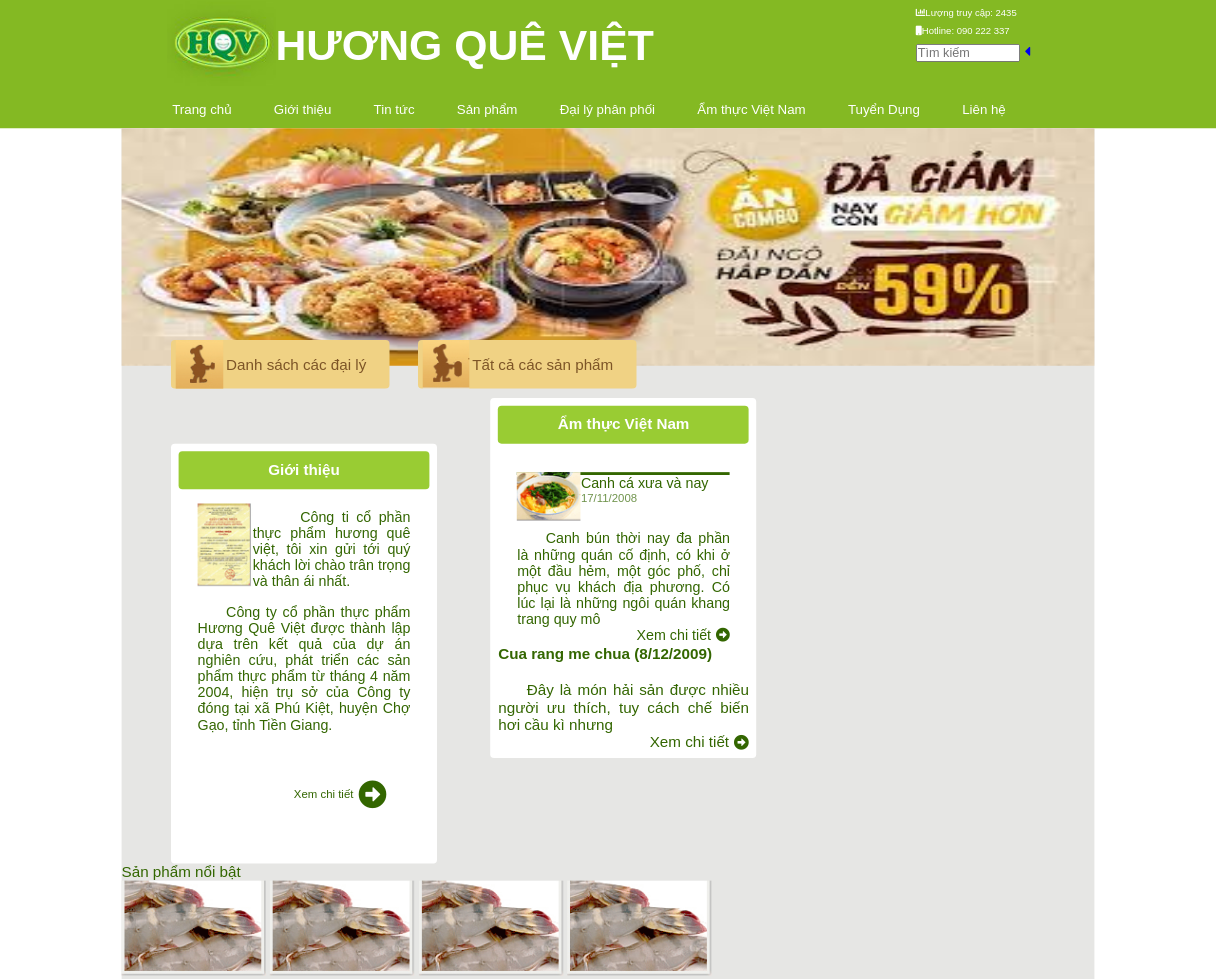
Repository: NgocTruong0701/Self_Learning
Page: html/practice/Baitapweb/index.html
The author's editor kept a copy of each file at every save. The page is drawn from the files as they stood at one save, then again after the next save.
The browser window is 1280 px wide. The pictures show the whole page, at 95% of full size.

Above is the page before, as saved 2021-10-06 21:51:33.

### html/practice/Baitapweb/index.html
<!DOCTYPE html>
<html>
    <head>
        <title>Web Bài 4</title>
        <meta charset="UTF-8">
        <meta name="author" content="Lê Ngọc Trường">
        <link rel="stylesheet" type="text/css" href="./assets/css/styles.css">
        <link rel="stylesheet" href="./assets/font/fontawesome-free-5.15.4-web/css/all.css">
    </head>

    <body>
        <!-- Begin Header -->
        <header>
            <!-- Banner -->
            <div id="banner">
                <!-- Khối bên trái -->
                <div class="box-left">
                    <!-- logo -->
                    <div class="logo">
                        <img src="./assets/pictures/logo/logo.jpg" alt="logo">
                    </div>

                    <!-- tiêu đề -->
                    <div class="header-heading">
                        hương quê việt
                    </div>
                </div>

                <!-- khối bên phải -->
                <div class="box-right">
                    <div class="thongtin">
                        <div class="ltruycap">
                            <i class="fas fa-chart-bar"></i>
                            <p>Lượng truy cập: 2435</p>
                        </div>

                        <div class="ltruycap">
                            <i class="fas fa-mobile"></i>
                            <p>Hotline: 090 222 337</p>
                        </div>
                    </div>

                    <div class="search">
                        <form action="url" method="GET" >
                            <input type="text" placeholder="Tìm kiếm" class="onhap">
                            <a href="#">
                                <i class="fas fa-caret-left"></i>
                            </a>
                        </form>
                    </div>
                </div>
            </div>

            <!-- menu header -->
            <div class="menu-header">
                <ul class="menu-tren">
                    <li><a href="#">Trang chủ</a></li>
                    <li><a href="#">Giới thiệu</a></li>
                    <li><a href="#">Tin tức</a></li>
                    <li><a href="#">Sản phẩm</a></li>
                    <li><a href="#">Đại lý phân phối</a></li>
                    <li><a href="#">Ẩm thực Việt Nam</a></li>
                    <li><a href="#">Tuyển Dụng</a></li>
                    <li><a href="#">Liên hệ</a></li>
                </ul>
            </div>

        </header>
        <!-- End Header -->

        <!-- Begin Body -->
        <div id="container">
            <div class="box-up">
                <div class="body-banner">
                    <img src="./assets/pictures/banner/banner.jpg" alt="body-banner">
                </div>

                <div class="box-list-title">
                    <div class="body-title">
                        <img src="./assets/pictures/product/BT1_03.gif" alt="daily">

                        <p class="body-list">
                            Danh sách các đại lý
                        </p>
                    </div>

                    <div class="body-title">
                        <img src="./assets/pictures/product/BT1_05.gif" alt="daily">

                        <p class="body-list">
                            Tất cả các sản phẩm
                        </p>
                    </div>
                </div>
            </div>


            <div class="box-down">
                <div class="introduce">
                    <p class="title-introduce">Giới thiệu</p>

                    <div class="box-introduce-first">
                        <img src="./assets/pictures/product/BT1_10.gif" alt="chứng nhận" class="image-box-left">

                        <p class="line-first">Công ti cổ phần thực phẩm hương quê việt, tôi xin gửi tới quý khách lời chào trân trọng và thân ái nhất.</p>

                        <p class="line-second">
                            Công ty cổ phần thực phẩm Hương Quê Việt được thành lập dựa trên kết quả của dự án nghiên cứu, phát triển các sản phẩm thực phẩm từ tháng 4 năm 2004, hiện trụ sở của Công ty đóng tại xã Phú Kiệt, huyện Chợ Gạo, tỉnh Tiền Giang.
                        </p>
                    </div>

                    <div class="more">
                        <p class="text-more">Xem chi tiết</p>

                        <i class="fas fa-arrow-alt-circle-right first-icon"></i>
                    </div>
                </div>

                <div class="review">
                    <p class="title-introduce">Ẩm thực Việt Nam</p>

                    <div class="box-review-first">
                        <img src="./assets/pictures/product/BT1_13.gif" alt="chứng nhận" class="image-box-left">

                        <div class="reviewer">
                            <p class="heading-up-review">Canh cá xưa và nay</p>

                            <p class="time">17/11/2008</p>
                        </div>


                        <p class="line-second">
                            Canh bún thời nay đa phần là những quán cố định, có khi ở một đầu hẻm, một góc phố, chỉ phục vụ khách địa phương. Có lúc lại là những ngôi quán khang trang quy mô
                        </p>
                        <div class="more-second">
                            <p class="text-more">Xem chi tiết</p>

                            <i class="fas fa-arrow-alt-circle-right second-icon"></i>
                        </div>
                    </div>

                    <div class="box-introduce-second">
                        <p class="heading-up">Cua rang me chua <span>(8/12/2009)</span></p>

                        <p class="line-second">
                            Đây là món hải sản được nhiều người ưu thích, tuy cách chế biến hơi cầu kì nhưng
                        </p>

                        <div class="more-second">
                            <p class="text-more">Xem chi tiết</p>

                            <i class="fas fa-arrow-alt-circle-right second-icon"></i>
                        </div>
                    </div>

                </div>



                <div class="list-introduce">
                    <p class="heading-list-introduce">
                        Sản phẩm nổi bật
                    </p>

                    <div class="picture-introduce">
                        <img src="./assets/pictures/product/BT1_16.gif" alt="one" class="img-introduce">
                        <img src="./assets/pictures/product/BT1_16.gif" alt="one" class="img-introduce">
                        <img src="./assets/pictures/product/BT1_16.gif" alt="one" class="img-introduce">
                        <img src="./assets/pictures/product/BT1_16.gif" alt="one" class="img-introduce">
                    </div>
                </div>
            </div>
        </div>
        <!-- End Body -->

        <!-- Begin Footer -->
        <footer>

        </footer>
        <!-- End Footer -->
    </body>
</html>

### html/practice/Baitapweb/assets/css/styles.css
/* RESET CSS */
*{
    padding:0;
    margin: 0;
    box-sizing:border-box;
}

html{
    font-family: Arial, Helvetica, sans-serif;
    color:#fff;
}
/* Begin Header */
header{
    background-color: rgb(132, 185, 35);
    text-align: center;
    width: 100%;
    height: 135px;
}

#banner{
    width: 100%;
    height: 95px;
    display: flex;
    justify-content: space-evenly
}



.header-heading{
    text-transform: uppercase;
    padding-right:100px;
    font-size: 45px;
    font-weight: 700;
}

header .box-left{
    display: flex;
    align-items: center;
}

header .box-right{
    display: inline-block;
    height: 95px;
    position: relative;
    width: 140px;
}

.menu-header{
    height: 40px;
}

.ltruycap{
    display: flex;
    margin: 8px 0;
}

.search{
    position: absolute;
    left:0;

}

.thongtin{
    font-size:10px;
}

.search .onhap{
    width: 110px;
}



.menu-tren li{
    display: inline-block;
    list-style-type:square ;
    margin-right:40px;
}

.menu-tren li a{
    line-height: 40px;
    text-decoration: none;
    color: #fff;
    font-size:14px;
}

.menu-tren li a:hover{
    color: #805528;
}

/* End Header */

/* Begin Container */
#container{
    background: #e6e6e4;
    width: 80%;
    margin-left: auto;
    margin-right: auto;
}
.box-up{
    position: relative;
}

.box-list-title{
    display: inline-flex;
    position: absolute;
    top: 223px;
    left: 52px;
}

.body-title{
    display: flex;
    align-items: center;
    background: #f0d284;
    width: 230px;
    margin-right: 30px;
    border-radius: 4px;
    padding-left:5px;
}

.body-banner img{
    height: 250px ;
    width: 100%;
}

.box-up .body-list{
    color:#7d5527;
    padding-left:3px ;
}

.box-down{
    color: #336600 ;
}

.box-down .introduce{
    margin-top: 30px;
    max-width: 280px;
    display: inline-block;
    margin-left: 52px;
    background: #fff;
    padding: 8px;
    border-radius: 4px;
}

.box-down .title-introduce{
    background: #99cc33;
    height: 40px;
    line-height: 40px;
    color:#fff;
    text-align:center;
    font-weight: 600;
    border-radius:4px;
}

.box-introduce-first{
    margin: 15px 20px 0 20px;
    font-size:15px;
}

.box-down img.image-box-left{
    float:left;
}

.line-first{
    text-indent: 50px;
    text-align: justify;
    padding:5px 0 0 0;
}

.line-second{
    clear: left;
    margin-top: 5px;
    width: 230x;
    text-align: justify;
}

.more{
    display: flex;
    float: right;
    margin: 50px 45px 50px 0;
    align-items: center;
    cursor:pointer;
}

.more .text-more{
    font-size: 12px;
    margin-right: 5px;
}

.more .first-icon{
    font-size:30px;

}

.review{
    margin-top: 30px;
    max-width: 280px;
    display: inline-block;
    margin-left: 52px;
    background: #fff;
    padding: 8px;
    border-radius: 4px;
}

.heading-up{
    font-weight: 600;
    margin-bottom: 10px;
}

.time{
    font-size:12px;
    opacity: 0.7;
}

.line-second{
    text-indent: 30px;
    padding-top: 10px;
}

.box-review-first{
    margin: 15px 20px 0 20px;
    font-size:15px;

}

.heading-up{
    display: block;
    margin-top: 20px;
}

.more-second{
    display: flex;
    float: right;
    align-items: center;
    cursor: pointer;
}

.text-more{
    margin-right: 5px;
}

.heading-up-review{
    font-size:15px;
    border-top: solid;
    margin-top: 30px;
}
/* End Container */

/* Begin Footer */





/* End Footer */

Loaded but not shown: html/practice/Baitapweb/Web4-Webside-LeNgocTruong-2020601391/assets/font/fontawesome-free-5.15.4-web/css/all.css (library)

After the next save:
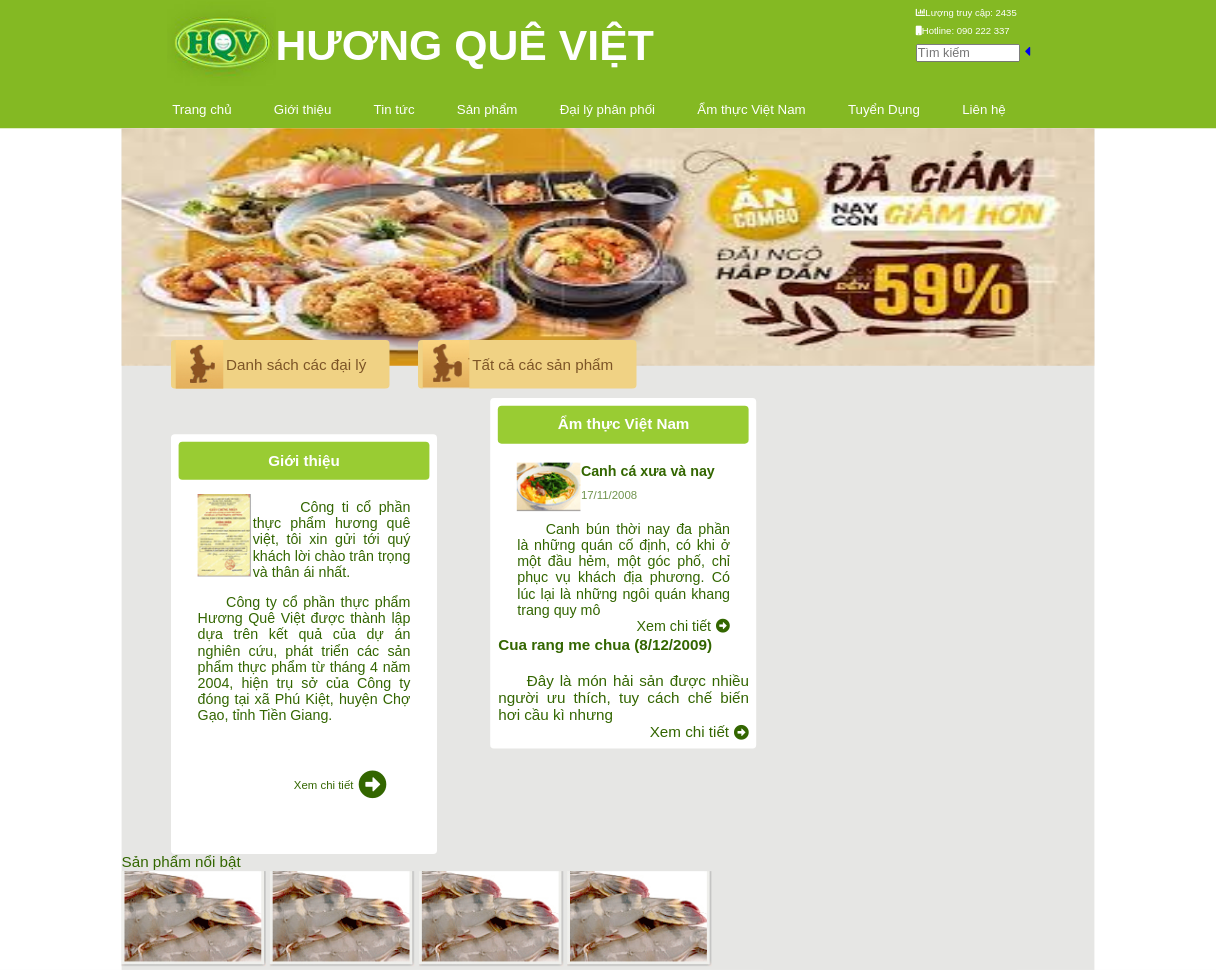
Saved 30 s later.
--- a/html/practice/Baitapweb/index.html
+++ b/html/practice/Baitapweb/index.html
@@ -123,7 +123,7 @@
                         <img src="./assets/pictures/product/BT1_13.gif" alt="chứng nhận" class="image-box-left">
 
                         <div class="reviewer">
-                            <p class="heading-up-review">Canh cá xưa và nay</p>
+                            <p class="heading-up">Canh cá xưa và nay</p>
 
                             <p class="time">17/11/2008</p>
                         </div>
